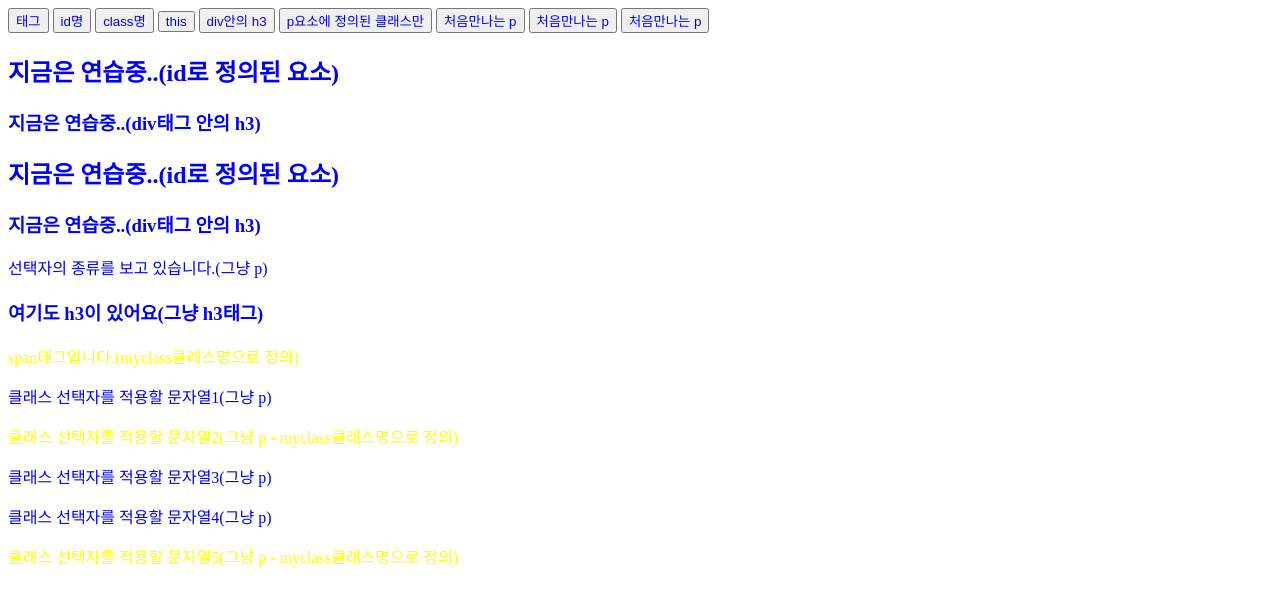
Repository: sonic247897/multicampus-web
Page: clientweb/WebContent/jquery/jquery_selector.html
The author's editor kept a copy of each file at every save. The page is drawn from the files as they stood at one save, then again after the next save.
The browser window is 1280 px wide. The pictures show the whole page.
After loading, the first visible `#this` was clicked once.

Above is the page before, as saved 2020-01-10 07:42:50.

### clientweb/WebContent/jquery/jquery_selector.html
<!DOCTYPE html>
<html>
<head>
	<meta charset="EUC-KR">
	<title>Insert title here</title>
	<script src="https://ajax.googleapis.com/ajax/libs/jquery/3.4.1/jquery.min.js"></script>
</head>
<body>

	<div id="btns">
		<input type="button" value="태그" name="btn" id="tag" />
		<input type="button" value="id명" name="btn" id="id" />
		<input	type="button" value="class명" name="btn" id="class" />

		<input type="button" value="this" name="btn" id="this" />
		<input type="button" value="div안의 h3" name="btn" id="myh3" />

		<input type="button" value="p요소에 정의된 클래스만" name="btn" id="pclass" />
		<input	type="button" value="처음만나는 p" name="btn" id="firstP" />
		<input	type="button" value="처음만나는 p" name="btn" id="firstP" />
		<input	type="button" value="처음만나는 p" name="btn" id="firstP" />
	</div>
	<div>
		<h2 id="myid">지금은 연습중..(id로 정의된 요소)</h2>
		<h3>지금은 연습중..(div태그 안의 h3)</h3>
	</div>
	<div>
		<h2 id="myid">지금은 연습중..(id로 정의된 요소)</h2>
		<h3>지금은 연습중..(div태그 안의 h3)</h3>
	</div>
	<p>선택자의 종류를 보고 있습니다.(그냥 p)</p>
	<h3>여기도 h3이 있어요(그냥 h3태그)</h3>
	<span class="myclass">span태그입니다.(myclass클래스명으로 정의)</span>

	<p>클래스 선택자를 적용할 문자열1(그냥 p)</p>
	<p class="myclass">클래스 선택자를 적용할 문자열2(그냥 p - myclass클래스명으로 정의)</p>
	<p>클래스 선택자를 적용할 문자열3(그냥 p)</p>
	<p>클래스 선택자를 적용할 문자열4(그냥 p)</p>
	<p class="myclass">클래스 선택자를 적용할 문자열5(그냥 p - myclass클래스명으로 정의)</p>

	<script type="text/javascript">
		//jQuery의 선택자 연습
		$(document).ready(function() {
			$("*").css("color", "blue");
			$("#tag").on("click", function() {
				alert("선택자를 태그로 정의");
				$("p").css("color", "orange");
			});
			$("#id").on("click", function() {
				alert("선택자를 id속성으로 정의");
				/* id는 하나만 식별해야 하므로 처음에 만나는 myid에만 적용된다. */
				$("#myid").css("color", "red");
			});
			$("#this").on("click", function() {
				alert("선택자를 class속성으로 정의");
				/* tern: jQuery에서 대부분 id를 쓰기 때문에 자동완성시 #id들이 올라온다. */
				$(".myclass").css("color", "yellow");
			});

		});
	</script>

</body>
</html>

After the next save:
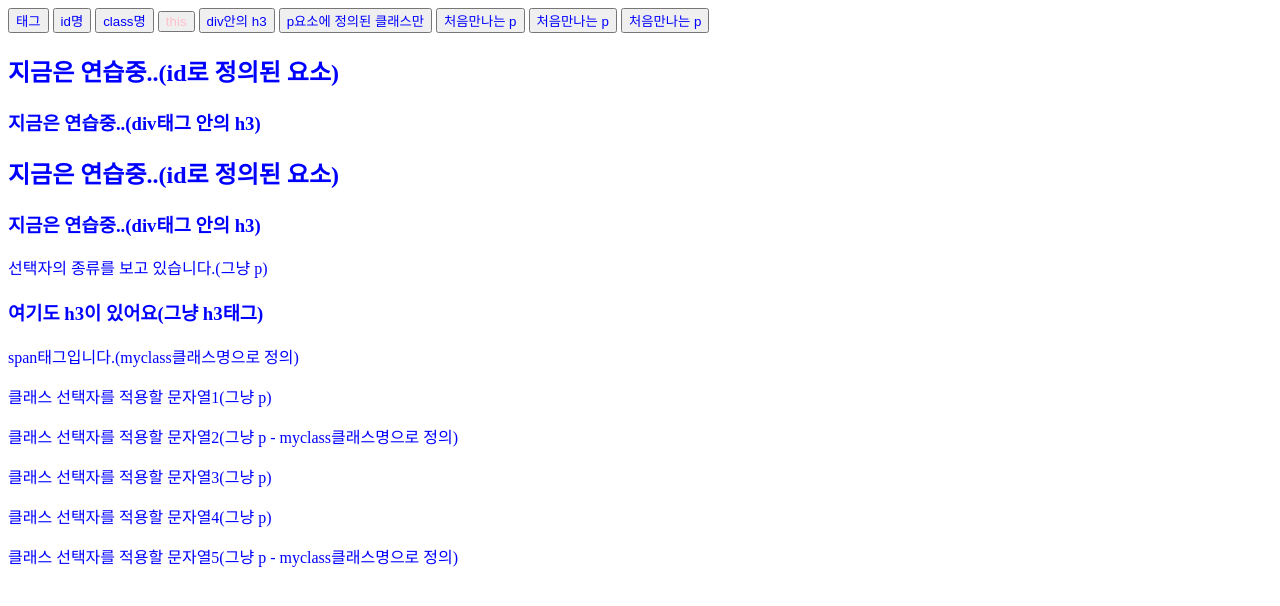
Saved 30 s later.
--- a/clientweb/WebContent/jquery/jquery_selector.html
+++ b/clientweb/WebContent/jquery/jquery_selector.html
@@ -51,10 +51,16 @@
 				/* id는 하나만 식별해야 하므로 처음에 만나는 myid에만 적용된다. */
 				$("#myid").css("color", "red");
 			});
+			$("#class").on("click", function() {
+				alert("선택자를 class속성으로 정의");
+				/* tern: jQuery에서 대부분 id를 쓰기 때문에 자동완성시 #id들이 올라온다. */
+				$(".myclass").css("color", "yellow");
+			});
+
 			$("#this").on("click", function() {
 				alert("선택자를 class속성으로 정의");
 				/* tern: jQuery에서 대부분 id를 쓰기 때문에 자동완성시 #id들이 올라온다. */
-				$(".myclass").css("color", "yellow");
+				$(this).css("color", "pink");
 			});
 
 		});
